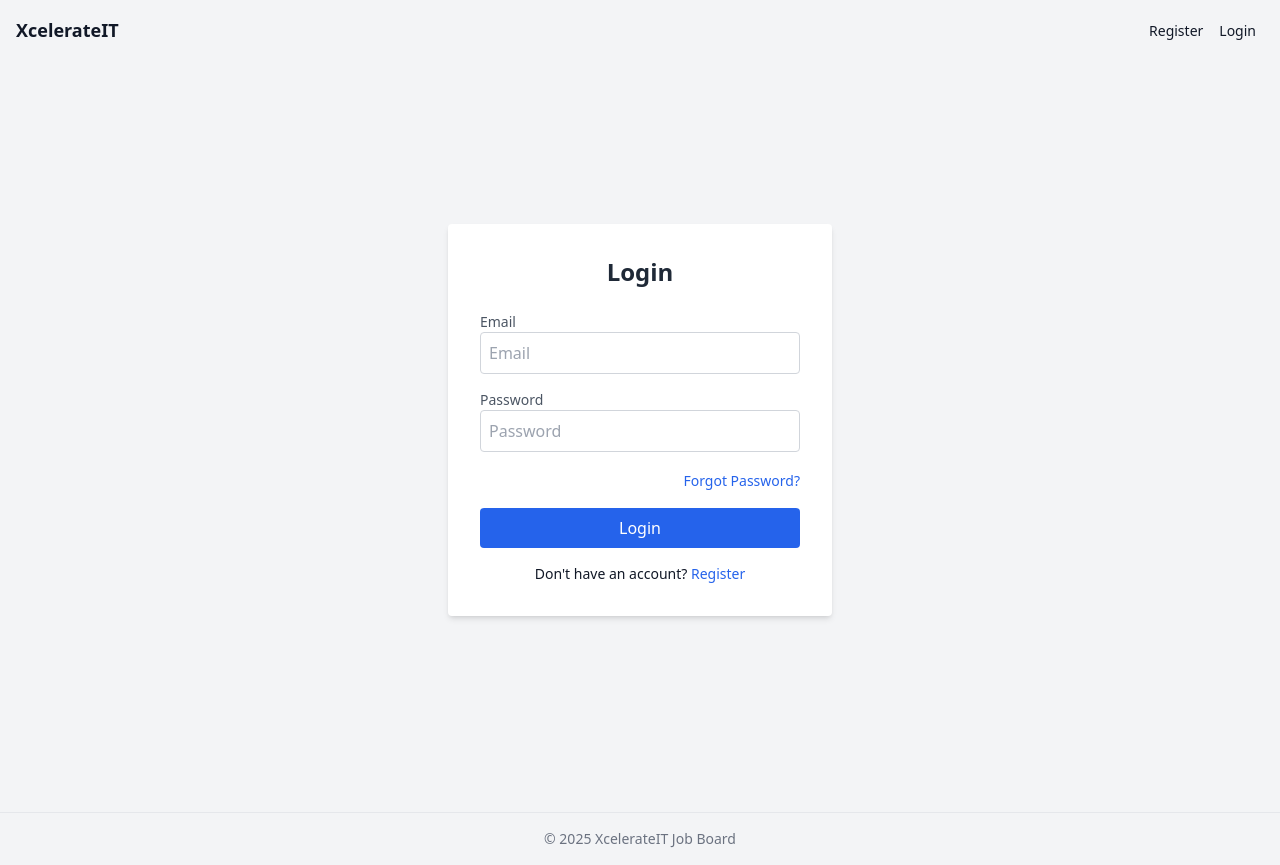
Repository: mujahid341/Job-board-application-frontend
Page: /login
These files come from the project's save history. The page is drawn as it stood at one moment and after the next save; the edit follows.
The browser window is 1280 px wide. The pictures show the whole page.
The project was rebuilt for these pictures with package versions that can differ from the ones it lists, and the page was loaded fresh each time. Also part of the build but not shown: vite.config.js, src/components/NotFound/NotFound.css, src/components/NotFound/NotFound.jsx, src/pages/HomePage/HomePage.css, src/pages/HomePage/HomePage.jsx, src/pages/RegisterPage/RegisterPage.jsx, src/services/jobApi.js, src/pages/EmployerDashboard/EmployerDashboard.css and 9 more. Imported but missing from the stored project, and not drawn on this page: src/services/api.

Above is the page before, as saved 2025-05-26 00:07:01.

### src/main.jsx
import './index.css';
import React from 'react';
import ReactDOM from 'react-dom/client';
import App from './App';
import { BrowserRouter } from 'react-router-dom';
import AuthProvider from './contexts/AuthContext';

ReactDOM.createRoot(document.getElementById('root')).render(
  <React.StrictMode>
    <BrowserRouter>      <AuthProvider>
        <App />
      </AuthProvider>
    </BrowserRouter>
  </React.StrictMode>
);

### src/App.jsx
import { Routes, Route } from 'react-router-dom';
import Navbar from './components/Navbar/Navbar';
import Footer from './components/Footer/Footer';
import NotFound from './components/NotFound/NotFound';

// Home page
import HomePage from './pages/HomePage/HomePage';

// Auth pages
import RegisterPage from './pages/RegisterPage/RegisterPage';
import LoginPage from './pages/LoginPage/LoginPage';

// Employer pages
import EmployerDashboard from './pages/EmployerDashboard/EmployerDashboard';
import EmployerJobCreate from './pages/EmployerJobCreate/EmployerJobCreate';
import EmployerJobEdit from './pages/EmployerJobEdit/EmployerJobEdit';
import EmployerJobList from './pages/EmployerJobList/EmployerJobList';

// Job seeker pages
import JobSearchPage from './pages/JobSearchPage/JobSearchPage';
import JobDetailPage from './pages/JobDetailPage/JobDetailPage';

function App() {
  return (
    <>
      <Navbar />
      <Routes>
        {/* Home Route */}
        <Route path="/" element={<HomePage />} />

        {/* Auth Routes */}
        <Route path="/register" element={<RegisterPage />} />
        <Route path="/login" element={<LoginPage />} />

        {/* Employer Routes */}
        <Route path="/employer/dashboard" element={<EmployerDashboard />} />
        <Route path="/employer/jobs/create" element={<EmployerJobCreate />} />
        <Route path="/employer/jobs/edit/:id" element={<EmployerJobEdit />} />
        <Route path="/employer/jobs" element={<EmployerJobList />} />

        {/* Job Seeker Routes */}
        <Route path="/jobs" element={<JobSearchPage />} />
        <Route path="/jobs/:id" element={<JobDetailPage />} />

        {/* 404 Route */}
        <Route path="*" element={<NotFound />} />
      </Routes>
      <Footer />
    </>
  );
}

export default App;

### src/contexts/AuthContext.jsx
import { createContext, useContext, useState, useEffect } from 'react';

const AuthContext = createContext();

export const useAuth = () => useContext(AuthContext);

export default function AuthProvider({ children }) {
  const [user, setUser] = useState(null);

  useEffect(() => {
    const token = localStorage.getItem('token');
    const role = localStorage.getItem('role');
    if (token) {
      setUser({ token, role });
    }
  }, []);

  return (
    <AuthContext.Provider value={{ user, setUser }}>
      {children}
    </AuthContext.Provider>
  );
}

### src/components/Navbar/Navbar.jsx
import './Navbar.css';
import { Link } from 'react-router-dom';

export default function Navbar() {
  const isLoggedIn = !!localStorage.getItem('token');

  const handleLogout = () => {
    localStorage.clear();
    window.location.href = '/login';
  };

  return (
    <nav className="navbar">
      <Link to="/" className="nav-brand">XcelerateIT</Link>
      <div className="nav-links">
        {isLoggedIn ? (
          <>
            <Link to="/employer/dashboard">Dashboard</Link>
            <button className="nav-btn" onClick={handleLogout}>Logout</button>
          </>
        ) : (
          <>
            <Link to="/register">Register</Link>
            <Link to="/login">Login</Link>
          </>
        )}
      </div>
    </nav>
  );
}

### src/components/Footer/Footer.jsx
import './Footer.css';

export default function Footer() {
  return (
    <footer className="footer">
      <p>© 2025 XcelerateIT Job Board</p>
    </footer>
  );
}

### src/pages/LoginPage/LoginPage.jsx
export default function LoginPage() {
  return (
    <div className="min-h-screen flex items-center justify-center bg-gray-100">
      <div className="bg-white p-8 rounded shadow-md w-full max-w-sm">
        <h2 className="text-2xl font-bold mb-6 text-center text-gray-800">Login</h2>
        <form className="space-y-4">
          <div>
            <label className="block text-sm font-medium text-gray-600">Email</label>
            <input
              type="email"
              placeholder="Email"
              className="w-full p-2 border border-gray-300 rounded"
            />
          </div>
          <div>
            <label className="block text-sm font-medium text-gray-600">Password</label>
            <input
              type="password"
              placeholder="Password"
              className="w-full p-2 border border-gray-300 rounded"
            />
          </div>
          <div className="text-right">
            <a href="#" className="text-sm text-blue-600 hover:underline">Forgot Password?</a>
          </div>
          <button
            type="submit"
            className="w-full bg-blue-600 text-white p-2 rounded hover:bg-blue-700"
          >
            Login
          </button>
        </form>        <p className="text-sm text-center mt-4">
          Don't have an account?{' '}
          <a href="/register" className="text-blue-600 hover:underline">Register</a>
        </p>
      </div>
    </div>
  );
}

### src/components/Navbar/Navbar.css
.navbar {
  @apply flex justify-between items-center bg-gray-100 p-4 shadow;
}

.nav-links a, .nav-btn {
  @apply mx-2 text-sm hover:text-blue-600;
}

.nav-brand {
  @apply font-bold text-lg;
}

### src/components/Footer/Footer.css
.footer {
  @apply text-center py-4 text-sm text-gray-500 mt-8 border-t;
}

### src/pages/RegisterPage/RegisterPage.css
.register-container {
  @apply max-w-md mx-auto mt-12 bg-white p-6 shadow rounded;
}

.form-input {
  @apply w-full border border-gray-300 p-2 rounded;
}

.submit-btn {
  @apply bg-blue-600 text-white px-4 py-2 rounded hover:bg-blue-700;
}

### src/pages/LoginPage/LoginPage.css
.login-container {
  @apply max-w-md mx-auto p-6 bg-white shadow rounded mt-12;
}

.form-input {
  @apply w-full border p-2 rounded;
}

.submit-btn {
  @apply bg-blue-600 text-white px-4 py-2 rounded hover:bg-blue-700;
}

### src/pages/EmployerJobCreate/EmployerJobCreate.css
.job-form-container {
  @apply max-w-2xl mx-auto p-6 bg-white shadow rounded mt-12;
}

.form-input {
  @apply w-full border p-2 rounded;
}

.submit-btn {
  @apply bg-green-600 text-white px-4 py-2 rounded hover:bg-green-700;
}

### src/pages/EmployerJobEdit/EmployerJobEdit.css
.job-form-container {
  @apply max-w-2xl mx-auto p-6 bg-white shadow rounded mt-12;
}

.form-input {
  @apply w-full border p-2 rounded;
}

.submit-btn {
  @apply bg-blue-600 text-white px-4 py-2 rounded hover:bg-blue-700;
}

Loaded but not shown: index.html (common file); src/index.css (common file); tailwind.config.js (common file)

After the next save:
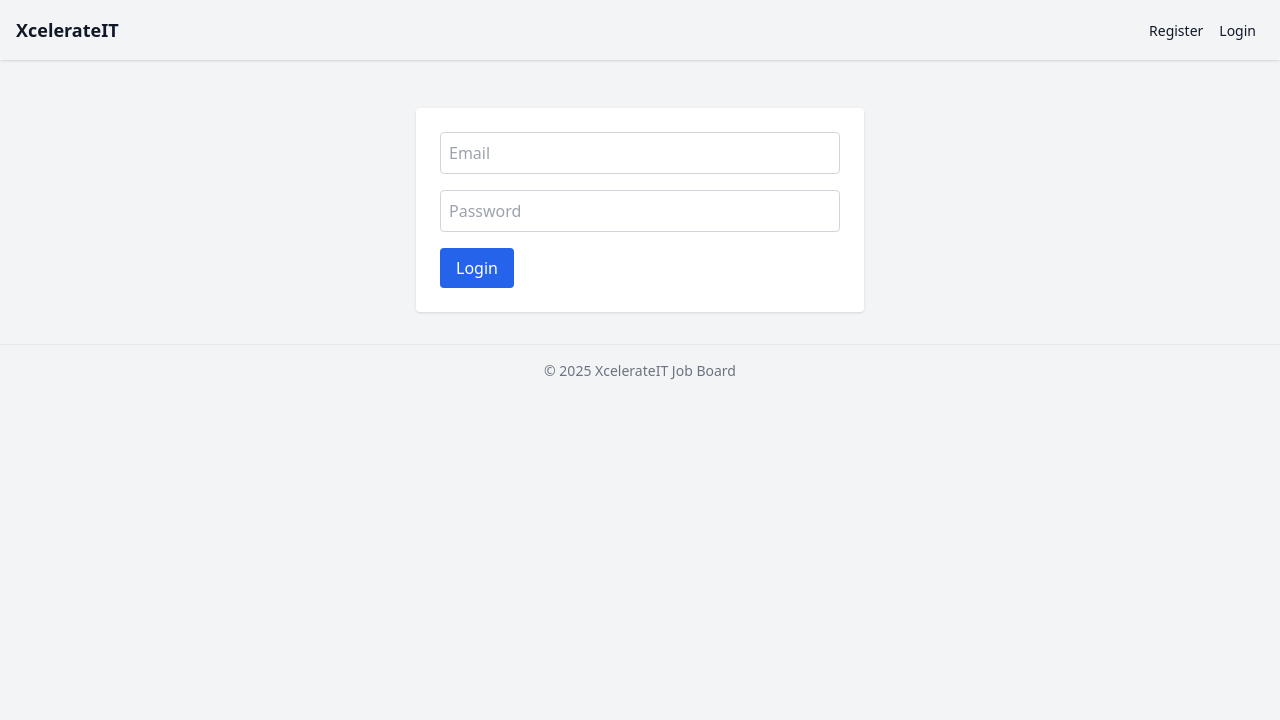
Saved 2 min 19 s later.
--- a/src/pages/LoginPage/LoginPage.jsx
+++ b/src/pages/LoginPage/LoginPage.jsx
@@ -1,39 +1,45 @@
+import './LoginPage.css';
+import { useState } from 'react';
+import { login } from '../../services/api';
+import { useNavigate } from 'react-router-dom';
+
 export default function LoginPage() {
+  const [form, setForm] = useState({ email: '', password: '' });
+  const [error, setError] = useState('');
+  const navigate = useNavigate();
+
+  const handleSubmit = async (e) => {
+    e.preventDefault();
+    setError('');
+    try {
+      const res = await login(form);
+      localStorage.setItem('token', res.data.token);
+      localStorage.setItem('role', 'employer'); // or jobseeker
+      navigate('/employer/dashboard'); // change route based on role
+    } catch {
+      setError('Invalid credentials');
+    }
+  };
+
   return (
-    <div className="min-h-screen flex items-center justify-center bg-gray-100">
-      <div className="bg-white p-8 rounded shadow-md w-full max-w-sm">
-        <h2 className="text-2xl font-bold mb-6 text-center text-gray-800">Login</h2>
-        <form className="space-y-4">
-          <div>
-            <label className="block text-sm font-medium text-gray-600">Email</label>
-            <input
-              type="email"
-              placeholder="Email"
-              className="w-full p-2 border border-gray-300 rounded"
-            />
-          </div>
-          <div>
-            <label className="block text-sm font-medium text-gray-600">Password</label>
-            <input
-              type="password"
-              placeholder="Password"
-              className="w-full p-2 border border-gray-300 rounded"
-            />
-          </div>
-          <div className="text-right">
-            <a href="#" className="text-sm text-blue-600 hover:underline">Forgot Password?</a>
-          </div>
-          <button
-            type="submit"
-            className="w-full bg-blue-600 text-white p-2 rounded hover:bg-blue-700"
-          >
-            Login
-          </button>
-        </form>        <p className="text-sm text-center mt-4">
-          Don't have an account?{' '}
-          <a href="/register" className="text-blue-600 hover:underline">Register</a>
-        </p>
-      </div>
+    <div className="login-container">
+      <form className="space-y-4" onSubmit={handleSubmit}>
+        <input
+          className="form-input"
+          placeholder="Email"
+          value={form.email}
+          onChange={(e) => setForm({ ...form, email: e.target.value })}
+        />
+        <input
+          className="form-input"
+          type="password"
+          placeholder="Password"
+          value={form.password}
+          onChange={(e) => setForm({ ...form, password: e.target.value })}
+        />
+        {error && <p className="text-red-500 text-sm">{error}</p>}
+        <button className="submit-btn" type="submit">Login</button>
+      </form>
     </div>
   );
 }
